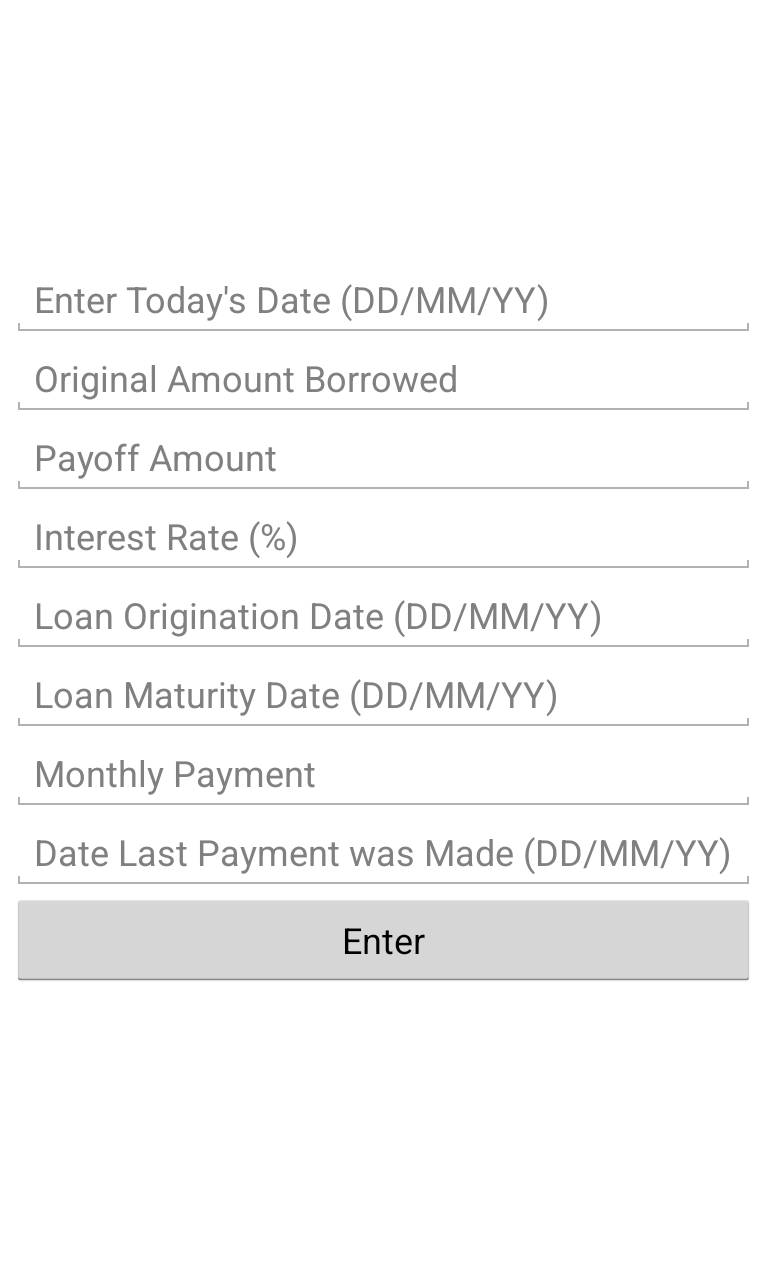
Repository: missxlian/angelHackSac
Layout: workspace/NoteHack/res/layout/fragment_section_launchpad.xml
An editor plug-in stored every save of this project. The layout is shown before and after the next save, followed by the edit.
It is drawn on a 768 x 1280 px phone screen (xhdpi) without system bars, with theme android:Theme.Holo.Light.DarkActionBar; the app's code is not run.

Above is the layout before, as saved 2013-12-01 16:19:34.

After the next save:
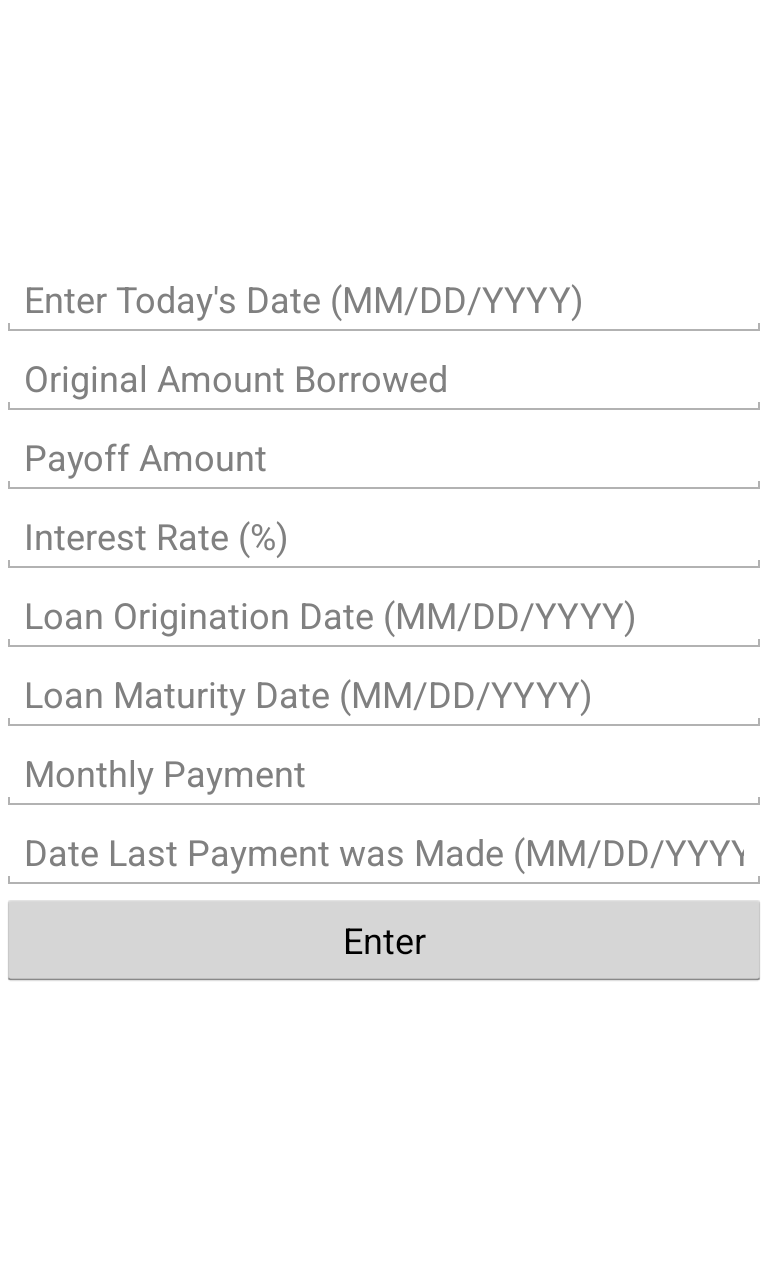
Saved 11 min 32 s later.
--- a/workspace/NoteHack/res/layout/fragment_section_launchpad.xml
+++ b/workspace/NoteHack/res/layout/fragment_section_launchpad.xml
@@ -29,7 +29,7 @@
             android:layout_width="match_parent"
             android:layout_height="wrap_content"
             android:inputType="date"
-            android:hint="Enter Today's Date (DD/MM/YY)"
+            android:hint="Enter Today's Date (MM/DD/YYYY)"
           />
 
         <EditText
@@ -61,7 +61,7 @@
             android:layout_width="match_parent"
             android:layout_height="wrap_content"
             android:inputType="date"
-            android:hint="Loan Origination Date (DD/MM/YY)"
+            android:hint="Loan Origination Date (MM/DD/YYYY)"
              />
 
         <EditText
@@ -69,7 +69,7 @@
             android:layout_width="match_parent"
             android:layout_height="wrap_content"
             android:inputType="date"
-            android:hint="Loan Maturity Date (DD/MM/YY)"
+            android:hint="Loan Maturity Date (MM/DD/YYYY)"
              />
 
 
@@ -86,7 +86,7 @@
             android:layout_width="match_parent"
             android:layout_height="wrap_content"
             android:inputType="date"
-            android:hint="Date Last Payment was Made (DD/MM/YY)"
+            android:hint="Date Last Payment was Made (MM/DD/YYYY)"
              />
 
         <Button android:id="@+id/home_worth_button"
